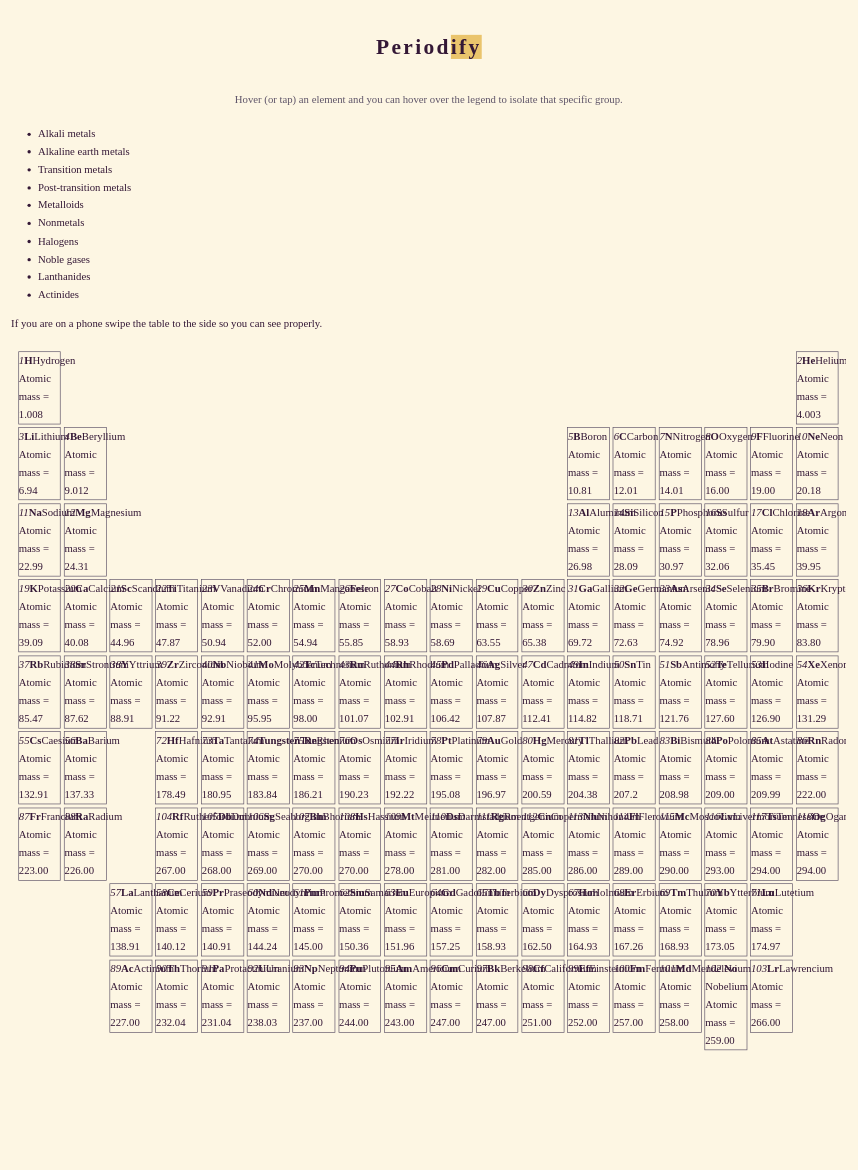
Repository: manayparikh1/Periodify
Page: index.html
The author's editor kept a copy of each file at every save. The page is drawn from the files as they stood at one save, then again after the next save.
The browser window is 1280 px wide. The pictures show the whole page, at 67% of full size.

Above is the page before, as saved 2026-10-19 13:57:00.

### index.html
<!DOCTYPE html>
<html lang="en">

<head>
    <meta charset="UTF-8">
    <meta name="viewport" content="width=device-width, initial-scale=1.0">
    <title>Periodify</title>
</head>

<body>
    <!-- === HTML STARTS here===-->
    <header>
        <h1>Period<span>ify</span></h1>
        <p>Hover (or tap) an element and you can hover over the legend to isolate that specific group.</p>
    </header>
    <!-- === Legend === -->
    <ul class="legend">
        <li class="k-ak" style="--c: var(--ak);">Alkali metals</li>
        <li class="k-ae" style="--c: var(--ae);">Alkaline earth metals</li>
        <li class="k-tm" style="--c: var(--tm);">Transition metals</li>
        <li class="k-pt" style="--c: var(--pt);">Post-transition metals</li>
        <li class="k-md" style="--c: var(--md);">Metalloids</li>
        <li class="k-nm" style="--c: var(--nm);">Nonmetals</li>
        <li class="k-hg" style="--c: var(--hg);">Halogens</li>
        <li class="k-hl" style="--c: var(--hl);">Noble gases</li>
        <li class="k-la" style="--c: var(--la);">Lanthanides</li>
        <li class="k-ac" style="--c: var(--ac);">Actinides</li>
    </ul>
    <p class="hint">If you are on a phone swipe the table to the side so you can see properly.</p>
    <div class="scroll">
        <div class="table">

            <!-- The first period -->
            <div class="el nm" tabindex="0"><i>1</i><b>H</b><span>Hydrogen<br>Atomic mass = 1.008</span></div>
            <div class="gap" style="--n:16"></div>
            <!-- Gives a 16 element gap because hydron and helium are not in the same column -->
            <div class="el ng" tabindex="0"><i>2</i><b>He</b><span>Helium<br>Atomic mass = 4.003</span></div>
            <!-- The second period -->
            <div class="el ak" tabindex="0"><i>3</i><b>Li</b><span>Lithium<br>Atomic mass = 6.94</span></div>
            <div class="el ae" tabindex="0"><i>4</i><b>Be</b><span>Beryllium<br>Atomic mass = 9.012</span></div>
            <div class="gap" style="--n:10"></div>
            <div class="el md" tabindex="0"><i>5</i><b>B</b><span>Boron<br>Atomic mass = 10.81</span></div>
            <div class="el nm" tabindex="0"><i>6</i><b>C</b><span>Carbon<br>Atomic mass = 12.01</span></div>
            <div class="el nm" tabindex="0"><i>7</i><b>N</b><span>Nitrogen<br>Atomic mass = 14.01</span></div>
            <div class="el nm" tabindex="0"><i>8</i><b>O</b><span>Oxygen<br>Atomic mass = 16.00</span></div>
            <div class="el hg" tabindex="0"><i>9</i><b>F</b><span>Fluorine<br>Atomic mass = 19.00</span></div>
            <div class="el ng" tabindex="0"><i>10</i><b>Ne</b><span>Neon<br>Atomic mass = 20.18</span></div>
            <!-- The third period -->
            <div class="el ak" tabindex="0"><i>11</i><b>Na</b><span>Sodium<br>Atomic mass = 22.99</span></div>
            <div class="el ae" tabindex="0"><i>12</i><b>Mg</b><span>Magnesium<br>Atomic mass = 24.31</span></div>
            <div class="gap" style="--n:10"></div>
            <div class="el md" tabindex="0"><i>13</i><b>Al</b><span>Aluminum<br>Atomic mass = 26.98</span></div>
            <div class="el nm" tabindex="0"><i>14</i><b>Si</b><span>Silicon<br>Atomic mass = 28.09</span></div>
            <div class="el nm" tabindex="0"><i>15</i><b>P</b><span>Phosphorus<br>Atomic mass = 30.97</span></div>
            <div class="el nm" tabindex="0"><i>16</i><b>S</b><span>Sulfur<br>Atomic mass = 32.06</span></div>
            <div class="el hg" tabindex="0"><i>17</i><b>Cl</b><span>Chlorine<br>Atomic mass = 35.45</span></div>
            <div class="el ng" tabindex="0"><i>18</i><b>Ar</b><span>Argon<br>Atomic mass = 39.95</span></div>
            <!-- the fourth period -->
            <div class="el ak" tabindex="0"><i>19</i><b>K</b><span>Potassium<br>Atomic mass = 39.09</span></div>
            <div class="el ae" tabindex="0"><i>20</i><b>Ca</b><span>Calcium<br>Atomic mass = 40.08</span></div>
            <div class="el tm" tabindex="0"><i>21</i><b>Sc</b><span>Scandium<br>Atomic mass = 44.96</span></div>
            <div class="el tm" tabindex="0"><i>22</i><b>Ti</b><span>Titanium<br>Atomic mass = 47.87</span></div>
            <div class="el tm" tabindex="0"><i>23</i><b>V</b><span>Vanadium<br>Atomic mass = 50.94</span></div>
            <div class="el tm" tabindex="0"><i>24</i><b>Cr</b><span>Chromium<br>Atomic mass = 52.00</span></div>
            <div class="el tm" tabindex="0"><i>25</i><b>Mn</b><span>Manganese<br>Atomic mass = 54.94</span></div>
            <div class="el tm" tabindex="0"><i>26</i><b>Fe</b><span>Iron<br>Atomic mass = 55.85</span></div>
            <div class="el tm" tabindex="0"><i>27</i><b>Co</b><span>Cobalt<br>Atomic mass = 58.93</span></div>
            <div class="el tm" tabindex="0"><i>28</i><b>Ni</b><span>Nickel<br>Atomic mass = 58.69</span></div>
            <div class="el tm" tabindex="0"><i>29</i><b>Cu</b><span>Copper<br>Atomic mass = 63.55</span></div>
            <div class="el tm" tabindex="0"><i>30</i><b>Zn</b><span>Zinc<br>Atomic mass = 65.38</span></div>
            <div class="el pt" tabindex="0"><i>31</i><b>Ga</b><span>Gallium<br>Atomic mass = 69.72</span></div>
            <div class="el md" tabindex="0"><i>32</i><b>Ge</b><span>Germanium<br>Atomic mass = 72.63</span></div>
            <div class="el md" tabindex="0"><i>33</i><b>As</b><span>Arsenic<br>Atomic mass = 74.92</span></div>
            <div class="el nm" tabindex="0"><i>34</i><b>Se</b><span>Selenium<br>Atomic mass = 78.96</span></div>
            <div class="el hg" tabindex="0"><i>35</i><b>Br</b><span>Bromine<br>Atomic mass = 79.90</span></div>
            <div class="el ng" tabindex="0"><i>36</i><b>Kr</b><span>Krypton<br>Atomic mass = 83.80</span></div>
            <!-- the fifth period -->
            <div class="el ak" tabindex="0"><i>37</i><b>Rb</b><span>Rubidium<br>Atomic mass = 85.47</span></div>
            <div class="el ae" tabindex="0"><i>38</i><b>Sr</b><span>Strontium<br>Atomic mass = 87.62</span></div>
            <div class="el tm" tabindex="0"><i>38</i><b>Y</b><span>Yttrium<br>Atomic mass = 88.91</span></div>
            <div class="el tm" tabindex="0"><i>39</i><b>Zr</b><span>Zirconium<br>Atomic mass = 91.22</span></div>
            <div class="el tm" tabindex="0"><i>40</i><b>Nb</b><span>Niobium<br>Atomic mass = 92.91</span></div>
            <div class="el tm" tabindex="0"><i>41</i><b>Mo</b><span>Molybdenum<br>Atomic mass = 95.95</span></div>
            <div class="el tm" tabindex="0"><i>42</i><b>Tc</b><span>Technetium<br>Atomic mass = 98.00</span></div>
            <div class="el tm" tabindex="0"><i>43</i><b>Ru</b><span>Ruthenium<br>Atomic mass = 101.07</span></div>
            <div class="el tm" tabindex="0"><i>44</i><b>Rh</b><span>Rhodium<br>Atomic mass = 102.91</span></div>
            <div class="el tm" tabindex="0"><i>45</i><b>Pd</b><span>Palladium<br>Atomic mass = 106.42</span></div>
            <div class="el tm" tabindex="0"><i>46</i><b>Ag</b><span>Silver<br>Atomic mass = 107.87</span></div>
            <div class="el tm" tabindex="0"><i>47</i><b>Cd</b><span>Cadmium<br>Atomic mass = 112.41</span></div>
            <div class="el pt" tabindex="0"><i>49</i><b>In</b><span>Indium<br>Atomic mass = 114.82</span></div>
            <div class="el pt" tabindex="0"><i>50</i><b>Sn</b><span>Tin<br>Atomic mass = 118.71</span></div>
            <div class="el md" tabindex="0"><i>51</i><b>Sb</b><span>Antimony<br>Atomic mass = 121.76</span></div>
            <div class="el md" tabindex="0"><i>52</i><b>Te</b><span>Tellurium<br>Atomic mass = 127.60</span></div>
            <div class="el hg" tabindex="0"><i>53</i><b>I</b><span>Iodine<br>Atomic mass = 126.90</span></div>
            <div class="el ng" tabindex="0"><i>54</i><b>Xe</b><span>Xenon<br>Atomic mass = 131.29</span></div>
            <!-- the sixth period -->
            <div class="el ak" tabindex="0"><i>55</i><b>Cs</b><span>Caesium<br>Atomic mass = 132.91</span></div>
            <div class="el ae" tabindex="0"><i>56</i><b>Ba</b><span>Barium<br>Atomic mass = 137.33</span></div>
            <!-- this is the gap for the lanthanoids  group (goes to hafnium straight)-->
            <div class="gap" style="--n:1"></div>
            <div class="el tm" tabindex="0"><i>72</i><b>Hf</b><span>Hafnium<br>Atomic mass = 178.49</span></div>
            <div class="el tm" tabindex="0"><i>73</i><b>Ta</b><span>Tantalum<br>Atomic mass = 180.95</span></div>
            <div class="el tm" tabindex="0"><i>74</i><b>Tungsten</b><span>Tungsten<br>Atomic mass = 183.84</span></div>
            <div class="el tm" tabindex="0"><i>75</i><b>Re</b><span>Rhenium<br>Atomic mass = 186.21</span></div>
            <div class="el tm" tabindex="0"><i>76</i><b>Os</b><span>Osmium<br>Atomic mass = 190.23</span></div>
            <div class="el tm" tabindex="0"><i>77</i><b>Ir</b><span>Iridium<br>Atomic mass = 192.22</span></div>
            <div class="el tm" tabindex="0"><i>78</i><b>Pt</b><span>Platinum<br>Atomic mass = 195.08</span></div>
            <div class="el tm" tabindex="0"><i>79</i><b>Au</b><span>Gold<br>Atomic mass = 196.97</span></div>
            <div class="el tm" tabindex="0"><i>80</i><b>Hg</b><span>Mercury<br>Atomic mass = 200.59</span></div>
            <div class="el pt" tabindex="0"><i>81</i><b>Tl</b><span>Thallium<br>Atomic mass = 204.38</span></div>
            <div class="el pt" tabindex="0"><i>82</i><b>Pb</b><span>Lead<br>Atomic mass = 207.2</span></div>
            <div class="el pt" tabindex="0"><i>83</i><b>Bi</b><span>Bismuth<br>Atomic mass = 208.98</span></div>
            <div class="el md" tabindex="0"><i>84</i><b>Po</b><span>Polonium<br>Atomic mass = 209.00</span></div>
            <div class="el hg" tabindex="0"><i>85</i><b>At</b><span>Astatine<br>Atomic mass = 209.99</span></div>
            <div class="el ng" tabindex="0"><i>86</i><b>Rn</b><span>Radon<br>Atomic mass = 222.00</span></div>
            <!-- the seventh period -->
            <div class="el ak" tabindex="0"><i>87</i><b>Fr</b><span>Francium<br>Atomic mass = 223.00</span></div>
            <div class="el ae" tabindex="0"><i>88</i><b>Ra</b><span>Radium<br>Atomic mass = 226.00</span></div>
            <!-- this gap is the space for the Actinide block -->
            <div class="gap" style="--n:1"></div>
            <div class="el tm" tabindex="0"><i>104</i><b>Rf</b><span>Rutherfordium<br>Atomic mass = 267.00</span></div>
            <div class="el tm" tabindex="0"><i>105</i><b>Db</b><span>Dubnium<br>Atomic mass = 268.00</span></div>
            <div class="el tm" tabindex="0"><i>106</i><b>Sg</b><span>Seaborgium<br>Atomic mass = 269.00</span></div>
            <div class="el tm" tabindex="0"><i>107</i><b>Bh</b><span>Bhorium<br>Atomic mass = 270.00</span></div>
            <div class="el tm" tabindex="0"><i>108</i><b>Hs</b><span>Hassium<br>Atomic mass = 270.00</span></div>
            <div class="el tm" tabindex="0"><i>109</i><b>Mt</b><span>Meitnerium<br>Atomic mass = 278.00</span></div>
            <div class="el tm" tabindex="0"><i>110</i><b>Ds</b><span>Darmstadtium<br>Atomic mass = 281.00</span></div>
            <div class="el tm" tabindex="0"><i>111</i><b>Rg</b><span>Roentgenium<br>Atomic mass = 282.00</span></div>
            <div class="el tm" tabindex="0"><i>112</i><b>Cn</b><span>Copernicium<br>Atomic mass = 285.00</span></div>
            <div class="el pt" tabindex="0"><i>113</i><b>Nh</b><span>Nihonium<br>Atomic mass = 286.00</span></div>
            <div class="el pt" tabindex="0"><i>114</i><b>Fl</b><span>Flerovium<br>Atomic mass = 289.00</span></div>
            <div class="el pt" tabindex="0"><i>115</i><b>Mc</b><span>Moscovium<br>Atomic mass = 290.00</span></div>
            <div class="el pt" tabindex="0"><i>116</i><b>Lv</b><span>Livermorium<br>Atomic mass = 293.00</span></div>
            <div class="el hg" tabindex="0"><i>117</i><b>Ts</b><span>Tennessine<br>Atomic mass = 294.00</span></div>
            <div class="el hg" tabindex="0"><i>118</i><b>Og</b><span>Oganesson<br>Atomic mass = 294.00</span></div>
            <!-- the lanthanoids -->
            <div class="gap" style="--n:2"></div>
            <div class="el la" tabindex="0"><i>57</i><b>La</b><span>Lanthanum<br>Atomic mass = 138.91</span></div>
            <div class="el la" tabindex="0"><i>58</i><b>Ce</b><span>Cerium<br>Atomic mass = 140.12</span></div>
            <div class="el la" tabindex="0"><i>59</i><b>Pr</b><span>Praseodymium<br>Atomic mass = 140.91</span></div>
            <div class="el la" tabindex="0"><i>60</i><b>Nd</b><span>Neodymium<br>Atomic mass = 144.24</span></div>
            <div class="el la" tabindex="0"><i>61</i><b>Pm</b><span>Promethium<br>Atomic mass = 145.00</span></div>
            <div class="el la" tabindex="0"><i>62</i><b>Sm</b><span>Samarium<br>Atomic mass = 150.36</span></div>
            <div class="el la" tabindex="0"><i>63</i><b>Eu</b><span>Europium<br>Atomic mass = 151.96</span></div>
            <div class="el la" tabindex="0"><i>64</i><b>Gd</b><span>Gadollinium<br>Atomic mass = 157.25</span></div>
            <div class="el la" tabindex="0"><i>65</i><b>Tb</b><span>Terbium<br>Atomic mass = 158.93</span></div>
            <div class="el la" tabindex="0"><i>66</i><b>Dy</b><span>Dysprosium<br>Atomic mass = 162.50</span></div>
            <div class="el la" tabindex="0"><i>67</i><b>Ho</b><span>Holmium<br>Atomic mass = 164.93</span></div>
            <div class="el la" tabindex="0"><i>68</i><b>Er</b><span>Erbium<br>Atomic mass = 167.26</span></div>
            <div class="el la" tabindex="0"><i>69</i><b>Tm</b><span>Thulium<br>Atomic mass = 168.93</span></div>
            <div class="el la" tabindex="0"><i>70</i><b>Yb</b><span>Ytterbium<br>Atomic mass = 173.05</span></div>
            <div class="el la" tabindex="0"><i>71</i><b>Lu</b><span>Lutetium<br>Atomic mass = 174.97</span></div>
            <div class="gap" style="--n:1"></div>

            <!-- the actinides section -->
            <div class="gap" style="--n:2"></div>
            <div class="el ac" tabindex="0"><i>89</i><b>Ac</b><span>Actinium<br>Atomic mass = 227.00</span></div>
            <div class="el ac" tabindex="0"><i>90</i><b>Th</b><span>Thorium<br>Atomic mass = 232.04</span></div>
            <div class="el ac" tabindex="0"><i>91</i><b>Pa</b><span>Protactinium<br>Atomic mass = 231.04</span></div>
            <div class="el ac" tabindex="0"><i>92</i><b>U</b><span>Uranium<br>Atomic mass = 238.03</span></div>
            <div class="el ac" tabindex="0"><i>93</i><b>Np</b><span>Neptunium<br>Atomic mass = 237.00</span></div>
            <div class="el ac" tabindex="0"><i>94</i><b>Pu</b><span>Plutonium<br>Atomic mass = 244.00</span></div>
            <div class="el ac" tabindex="0"><i>95</i><b>Am</b><span>Americium<br>Atomic mass = 243.00</span></div>
            <div class="el ac" tabindex="0"><i>96</i><b>Cm</b><span>Curium<br>Atomic mass = 247.00</span></div>
            <div class="el ac" tabindex="0"><i>97</i><b>Bk</b><span>Berkelium<br>Atomic mass = 247.00</span></div>
            <div class="el ac" tabindex="0"><i>98</i><b>Cf</b><span>Californium<br>Atomic mass = 251.00</span></div>
            <div class="el ac" tabindex="0"><i>99</i><b>Ef</b><span>Einsteinium<br>Atomic mass = 252.00</span></div>
            <div class="el ac" tabindex="0"><i>100</i><b>Fm</b><span>Fermium<br>Atomic mass = 257.00</span></div>
            <div class="el ac" tabindex="0"><i>101</i><b>Md</b><span>Mendelevium<br>Atomic mass = 258.00</span></div>
            <div class="el ac" tabindex="0"><i>102 </i><b>No </b><span>Nobelium<br>Atomic mass = 259.00</span></div>
            <div class="el ac" tabindex="0"><i>103</i><b>Lr</b><span>Lawrencium<br>Atomic mass = 266.00</span></div>
            <div class="gap" style="--n:1"></div>
        </div>
    </div>

    <!-- the HTML ENDS here and css starts=== -->
    <style>
        :root {
            --colouring: #341836;
            --main: #5e5468;
            --papercolor: #fdf6e3;

            --ak: #fc8760;
            --ae: #eac46c;
            --tm: #73d073;
            --pt: #94e4cc;
            --md: #7deeff;
            --nm: #90aafa;
            --hl: #cf9fff;
            --ng: #ef9ec1;
            --la: #e7ad83;
            --ac: #a8d09b;
        }

        /* The page (looks) (its gonna look like a notebook)*/

        * {
            box-sizing: border-box;
        }

        body {
            margin: 0;
            padding: 23px 16.6px 48.5px;
            background: var(--papercolor);
            color: var(--colouring);
            font-family: "Comic Sans MS", "Comic Sans", "Comic Neue", "Chalkboard SE", cursive;
            line-height: 1.67;
        }

        header {
            text-align: center;
            margin-bottom: 25px;
        }

        h1 {
            text-align: center;
            margin-bottom: 37px;
            letter-spacing: 3.5px;
        }

        h1 span {
            background: var(--ae);
        }

        header p {
            margin: 5.5px 0 0;
            color: var(--main);
        }

        /* -- the periodic table part -- */
        .scroll {
            overflow-x: auto;
            padding: 11.5px 11px 130px;
        }

        .table {
            display: grid;
            grid-template-columns: repeat(18, minmax(54px, 1fr));
            gap: 4.6px;
            min-width: 1060px;
            max-width: 1414px;
            margin: 0 auto;
        }

        .gap {
            grid-column: span var(--n);
        }

        .gap.row {
            height: 14px;
        }

        .el {
            position: relative;
            aspect-ratio: 1/1;
            border: 1.4px solid var(--main);

        }

After the next save:
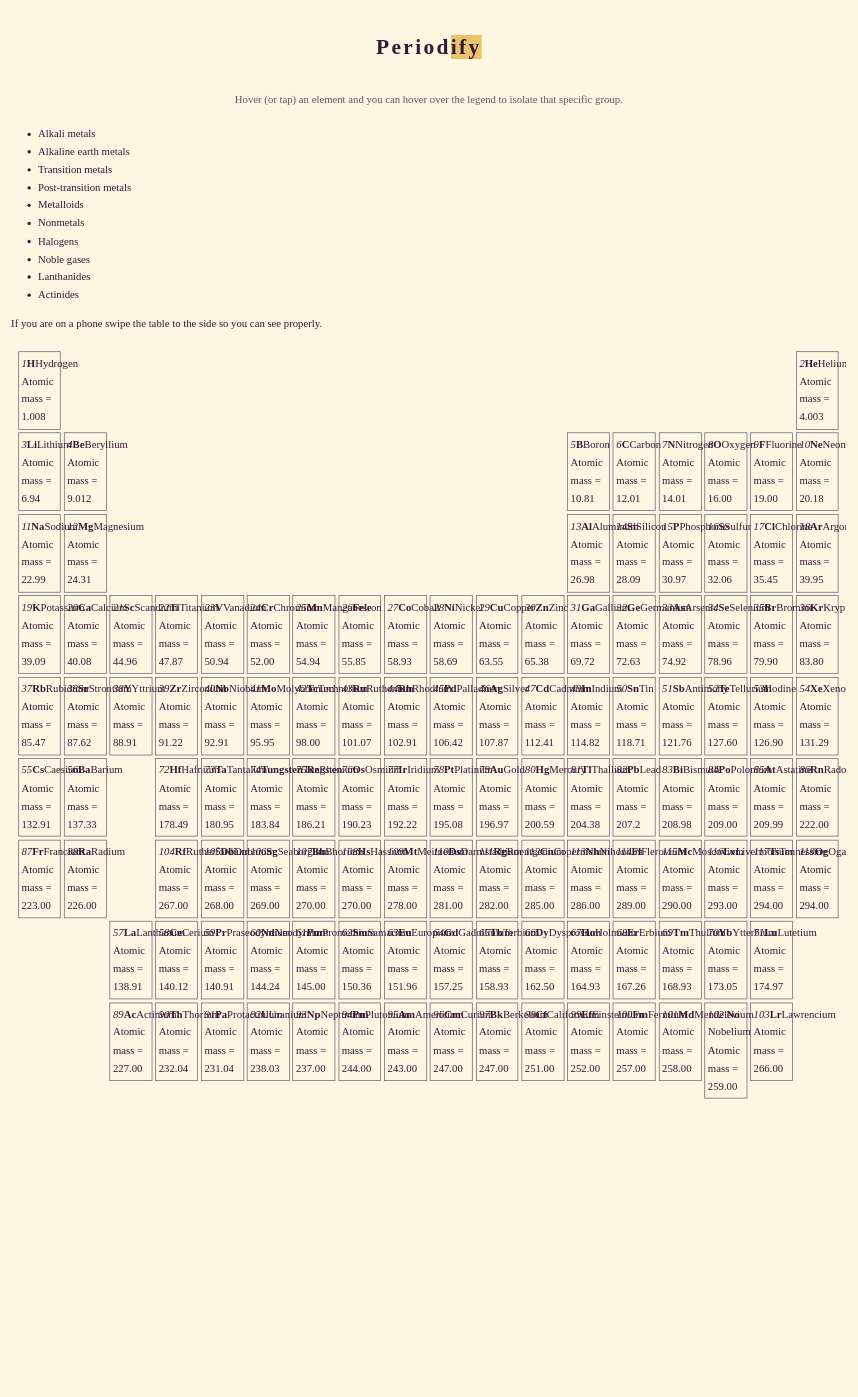
Saved 69 s later.
--- a/index.html
+++ b/index.html
@@ -254,5 +254,5 @@
             position: relative;
             aspect-ratio: 1/1;
             border: 1.4px solid var(--main);
-
-        }
+            padding: 4px;
+        }
